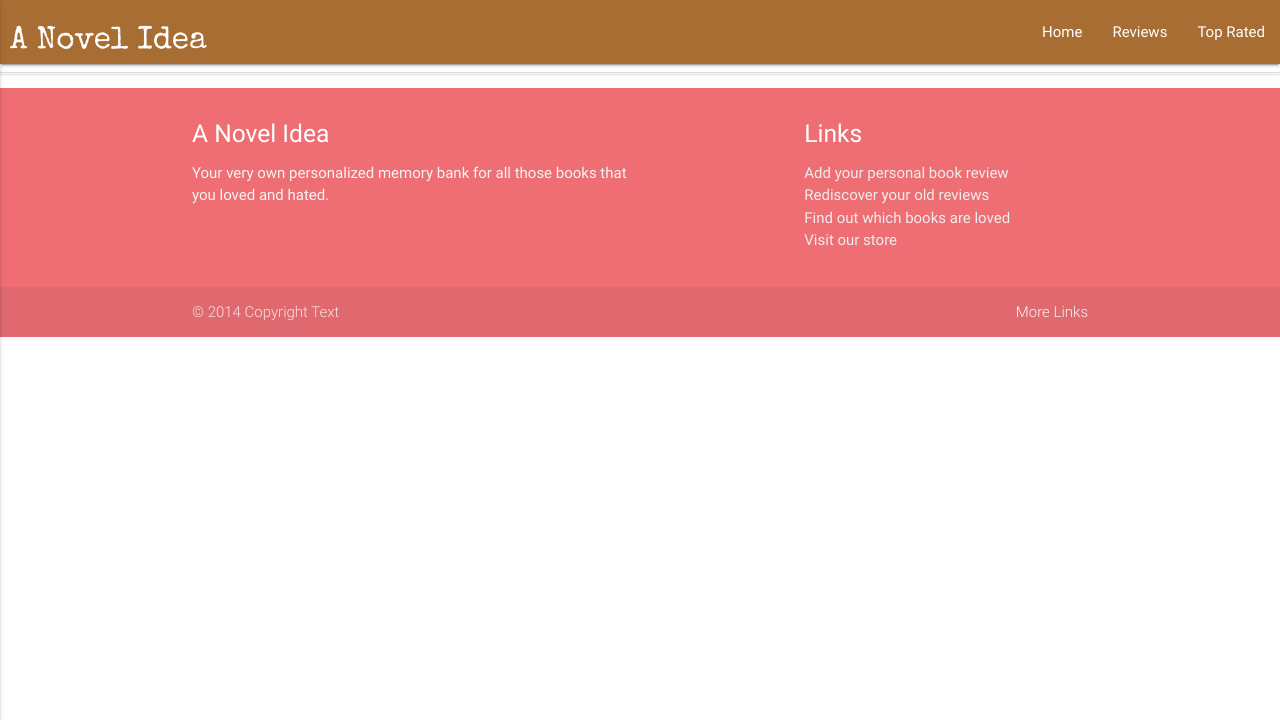
Repository: johnny-don/a-novel-idea
Page: http://localhost/
The author's editor kept a record of every edit. The page is drawn from the files as they stood at one moment, then again after the next edit.
The browser window is 1280 px wide. The pictures show the whole page.
Some web libraries are served in a nearby version. The page is served by the project's application, run on Flask 3 (app.py). Queries for data that is not in the repository find no rows.

Above is the page before.

### templates/reviews.html
{% extends 'base.html' %} {% block content %}

<ul class="collapsible" data-collapsible="accordian">
    {% for review in reviews %}
    <li>
        <div class="collapsible-header">

            <div class="col s9">
                <i class="material-icons">expand_more</i>
                <i class="material-icons prefix">title</i>{{review.title.upper()}} - <i class="material-icons prefix">perm_identity</i>
                <strong>  {{review.author}}</strong> -
                <i class="material-icons prefix">event_seat</i> {{review.genre}} -
                <i class="material-icons prefix">grade</i> {{review.rating}}
                </div>
                <div class="col s3">
                <a href "{{url_for('edit_review', review_id=review._id)}}" class="waves-effect waves-light btn">Edit</a>
                <a href "{{url_for('delete_review', review_id=review._id)}}" class="waves-effect waves-light btn">Delete</a>
            </div>
            </div>

        <div class="collapsible-body">
            <span>{{review.review}}</span>
        </div>

    </li>

    {% endfor %}
</ul>

{% endblock %}

### templates/base.html
<!DOCTYPE html>
<html lang="en">

<head>
    <meta charset="UTF-8">
    <meta name="viewport" content="width=device-width, initial-scale=1.0">
    <meta http-equiv="X-UA-Compatible" content="ie=edge">
    <link rel="stylesheet" href="{{url_for('static', filename='css/style.css')}}" type="text/css"/>
    <link href="https://fonts.googleapis.com/icon?family=Material+Icons" rel="stylesheet">
    <link rel="stylesheet" href="https://cdnjs.cloudflare.com/ajax/libs/materialize/0.100.2/css/materialize.min.css">
    <link href="https://fonts.googleapis.com/css?family=Special+Elite&display=swap" rel="stylesheet">


    <title>A Novel Idea</title>
</head>

<body>
      <header>
        <nav>
            <div class="nav-wrapper">
                <a href="{{url_for('add_review')}}" class=" brand brand-logo">A Novel Idea</a>
                <a href="#" data-activates="mobile-demo" class="button-collapse"><i class="material-icons">menu</i></a>
                <ul id="nav-mobile" class="right hide-on-med-and-down">
                    <li><a href="{{url_for('add_review')}}">Home</a></li>
                    <li><a href="{{url_for('get_reviews')}}">Reviews</a></li>
                    <li><a href="{{url_for('top_rated')}}">Top Rated</a></li>
                </ul>
                <ul class="side-nav" id="mobile-demo">
                     <li><a href="{{url_for('add_review')}}">Home</a></li>
                    <li><a href="{{url_for('get_reviews')}}">Reviews</a></li>
                    <li><a href="">Top Rated</a></li>
                </ul>
            </div>
        </nav>
    </header>

    {% block content %}
    {% endblock %}


    <footer class="page-footer">
          <div class="container">
            <div class="row">
              <div class="col l6 s12">
                <h5 class="white-text">A Novel Idea</h5>
                <p class="grey-text text-lighten-4">Your very own personalized memory bank for all those books that you loved and hated. </p>
              </div>
              <div class="col l4 offset-l2 s12">
                <h5 class="white-text">Links</h5>
                <ul>

                  <li><a class="grey-text text-lighten-3" href="{{url_for('add_review')}}">Add your personal book review</a></li>
                  <li><a class="grey-text text-lighten-3" href="{{url_for('get_reviews')}}">Rediscover your old reviews</a></li>
                  <li><a class="grey-text text-lighten-3" href="{{url_for('top_rated')}}">Find out which books are loved</a></li>
                  <li><a class="grey-text text-lighten-3" href="https://last-bookshop.business.site/">Visit our store</a></li>

                </ul>
              </div>
            </div>
          </div>
          <div class="footer-copyright">
            <div class="container">
            © 2014 Copyright Text
            <a class="grey-text text-lighten-4 right" href="#!">More Links</a>
            </div>
          </div>
        </footer>








    <script src="https://cdnjs.cloudflare.com/ajax/libs/jquery/3.2.1/jquery.min.js"></script>
    <script src="https://cdnjs.cloudflare.com/ajax/libs/materialize/0.100.2/js/materialize.min.js"></script>
    <script type="text/javascript">
        $(document).ready(function() {
            $('.collapsible').collapsible();
            $(".button-collapse").sideNav();
            $('.slider').slider();
        });
    </script>
</body>

</html>

### app.py
import os
from flask import Flask, render_template, redirect, request, url_for, request
from flask_pymongo import PyMongo
from bson.objectid import ObjectId


app = Flask(__name__)
app.config["MONGO_DBNAME"] = 'novel_idea'
app.config["MONGO_URI"] = 'mongodb+srv://johnny_don:2gardensmon@cluster0-kzp63.mongodb.net/novel_idea?retryWrites=true&w=majority'


mongo = PyMongo(app)


@app.route('/')


@app.route('/get_reviews')
def get_reviews():
    return render_template("reviews.html", reviews=mongo.db.info.find())

@app.route('/add_review')
def add_review():
    return render_template('addreview.html')

@app.route('/submit_review', methods=['POST'])
def submit_review():
    info = mongo.db.info
    info.insert_one(request.form.to_dict())
    return redirect(url_for('get_reviews'))

@app.route('/edit_review/<review_id>')
def edit_review(review_id):
    the_review = mongo.db.info.find_one({"_id": ObjectId(review_id)})
    return render_template('editreview.html', review=the_review)


@app.route('/update_review/<review_id>', methods=["POST"])
def update_review(review_id):
    reviews=mongo.db.info
    reviews.update( {'_id': ObjectId(review_id)},
    {
        'title':request.form.get('title'),
        'author':request.form.get('author'),
        'genre':request.form.get('genre'),
        'rating':int(request.form.get('rating')),
        'review':request.form.get('review')
    })

    return redirect(url_for('get_reviews'))

@app.route('/delete_review/<review_id>')
def delete_review(review_id):
    mongo.db.info.remove({'_id': ObjectId(review_id)})
    return redirect(url_for('get_reviews'))



@app.route('/top_rated')
def top_rated():
    return render_template("toprated.html", ratings=mongo.db.info.find().sort("rating", -1))





if __name__ == '__main__':
    app.run(host=os.environ.get('IP'),
            port=int(os.environ.get('PORT')),
            debug=True)

### static/css/style.css
@import url('https://fonts.googleapis.com/css?family=Special+Elite&display=swap');
@import url('https://fonts.googleapis.com/css?family=Inconsolata&display=swap');
@import url('https://fonts.googleapis.com/css?family=Inconsolata&display=swap');

/* buttons */

body {
    background-color: 'red';
}


.btn-small{

    margin: 10px;
    padding: 5px;
    background-color:
}

/* fonts */

.brand {
   font-family: 'Special Elite', cursive;
   margin: 10px;
   padding: 5px;
}

.headline {
   font-family: 'Bitter', serif;
    font-weight: bold;
}

.text-font {
    font-family: 'Inconsolata', monospace;
}

/* navbar */

.brand {
   font-family: 'Special Elite', cursive;
   margin: 10px;
   padding: 5px;
}

.menu-link {
    font-size: larger;

}

nav .nav-wrapper {
    position: relative;
    height: 100%;
    background-color: #a86d32;
}

After the next edit:
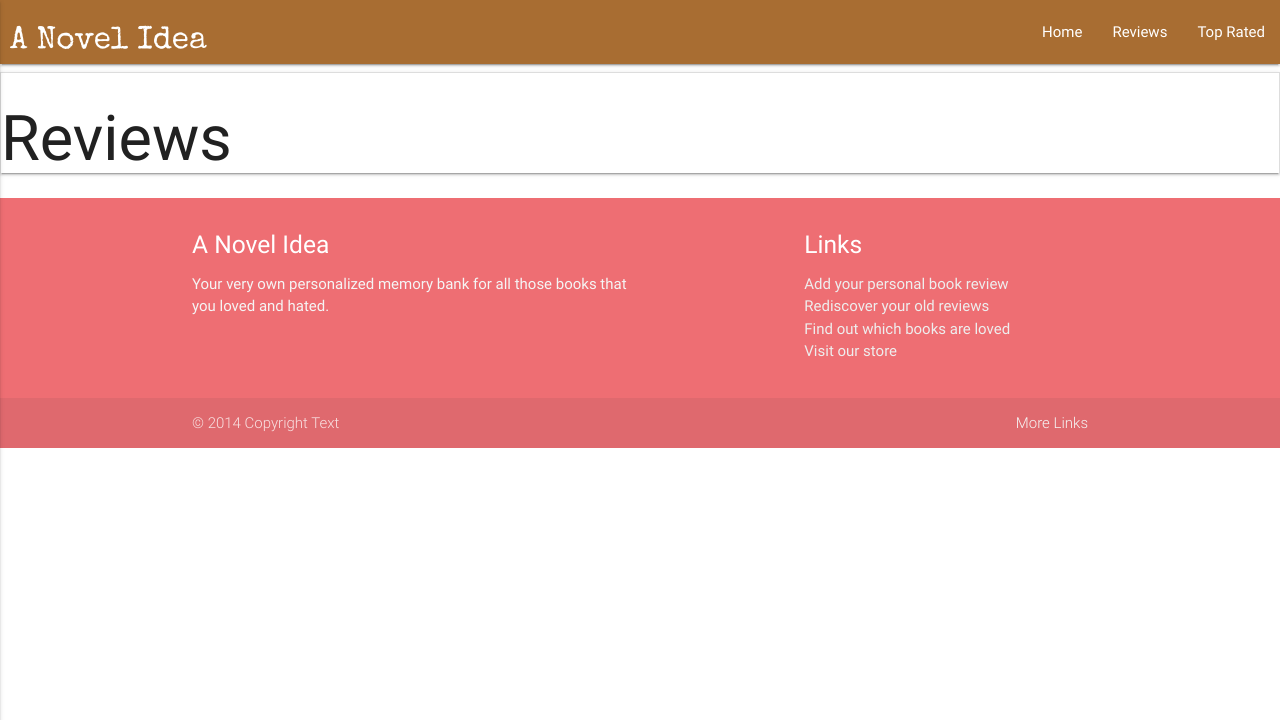
The edit:
--- a/templates/reviews.html
+++ b/templates/reviews.html
@@ -1,6 +1,7 @@
 {% extends 'base.html' %} {% block content %}
 
 <ul class="collapsible" data-collapsible="accordian">
+    <h1>Reviews</h1>
     {% for review in reviews %}
     <li>
         <div class="collapsible-header">
